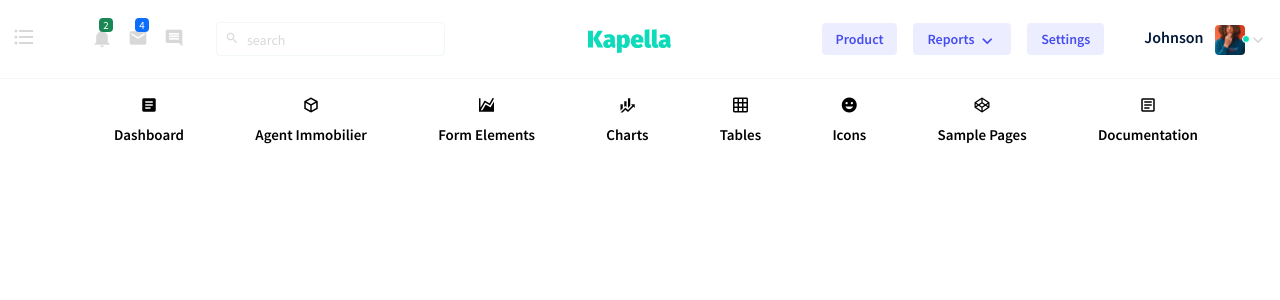
Repository: dimitri0004/Bien
Page: templates/base.html.twig
These files come from the project's save history. The page is drawn as it stood at one moment and after the next save; the edit follows.
The browser window is 1280 px wide. The pictures show the whole page.
The page is a Twig template of a Symfony application; nobody is signed in and links lead nowhere. The template is opened directly, without the code that normally fills it, so the values that code supplies are empty.

Above is the page before, as saved 2023-04-03 12:02:31.
Console error: TypeError: Cannot read properties of null (reading 'addEventListener')

After the next save:
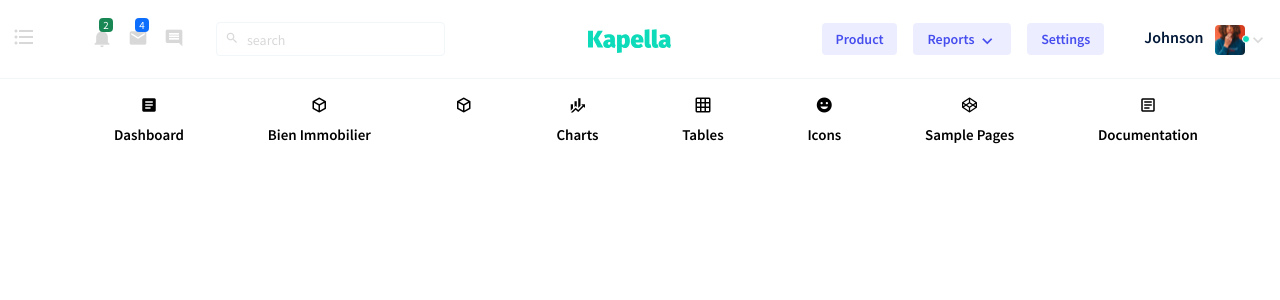
Saved 69 s later.
--- a/templates/_partiels/nav.html.twig
+++ b/templates/_partiels/nav.html.twig
@@ -184,7 +184,7 @@
   <li class="nav-item">
       <a href="#" class="nav-link">
         <i class="mdi mdi-cube-outline menu-icon"></i>
-        <span class="menu-title">Agent Immobilier</span>
+        <span class="menu-title">Bien Immobilier</span>
         <i class="menu-arrow"></i>
       </a>
       <div class="submenu">
@@ -197,8 +197,8 @@
   </li>
   <li class="nav-item">
       <a href="pages/forms/basic_elements.html" class="nav-link">
-        <i class="mdi mdi-chart-areaspline menu-icon"></i>
-        <span class="menu-title">Form Elements</span>
+        <i class="mdi mdi-cube-outline menu-icon"></i>
+        <span class="menu-title"></span>
         <i class="menu-arrow"></i>
       </a>
   </li>
